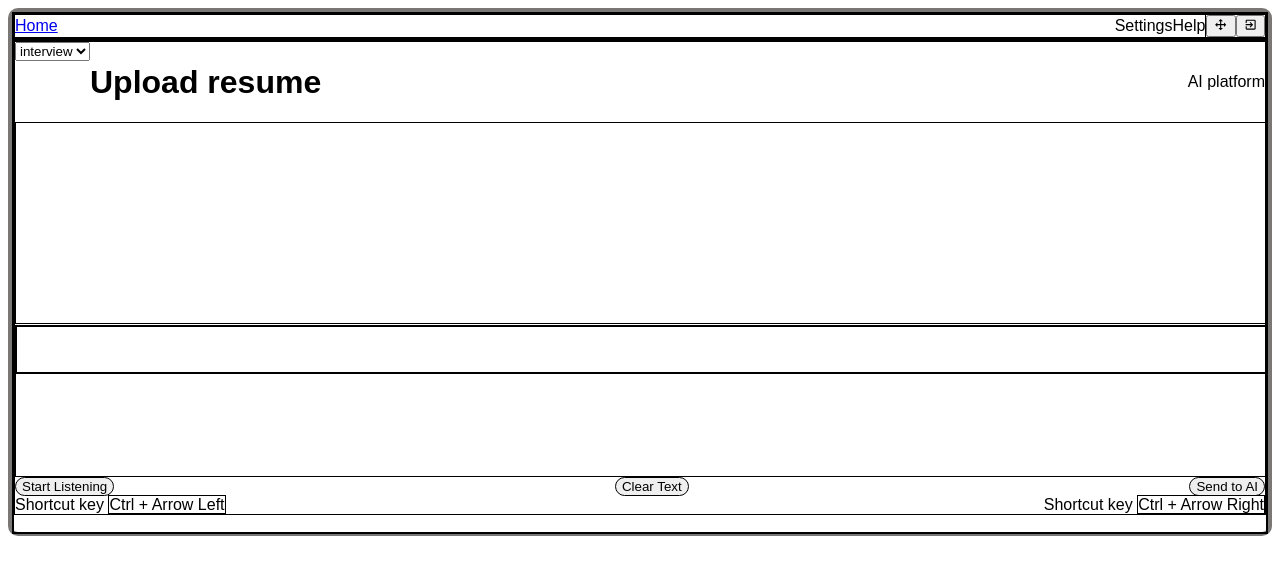
Repository: stevenreas09-coder/ai-assistance
Page: /speech
An editor plug-in stored every save of this project. The page is shown before and after the next save, followed by the edit.
The browser window is 1280 px wide. The pictures show the whole page.
The project was rebuilt for these pictures with package versions that can differ from the ones it lists, and the page was loaded fresh each time. The framework's server and built-in components were replaced by stand-ins that run in the browser. Also part of the build but not shown: next.config.ts.

Above is the page before, as saved 2025-12-18 20:03:51.

### app/layout.tsx
import type { Metadata } from "next";
import { Geist, Geist_Mono } from "next/font/google";
import "./globals.css";
import HeaderOverlay from "./component/HeaderOverlay";

const geistSans = Geist({
  variable: "--font-geist-sans",
  subsets: ["latin"],
});

const geistMono = Geist_Mono({
  variable: "--font-geist-mono",
  subsets: ["latin"],
});

export const metadata: Metadata = {
  title: "Create Next App",
  description: "Generated by create next app",
};

export default function RootLayout({
  children,
}: Readonly<{
  children: React.ReactNode;
}>) {
  return (
    <html lang="en">
      <body
        className={`${geistSans.variable} ${geistMono.variable} rounded-3xl antialiased h-[520px] overflow-hidden`}
      >
        {/* Main Wrapper: flex-col ensures header and content stack correctly */}
        <div className="rounded p-2 flex flex-col space-y-2 h-full border border-black/10">
          {/* DRAG AREA: This container holds your HeaderOverlay.
              Because HeaderOverlay has WebkitAppRegion: "drag",
              this entire top section acts as the window handle.
          */}
          <div className="shrink-0 h-8 bg-black/60 border-2 border-white/30 rounded-xl">
            <HeaderOverlay />
          </div>

          {/* CONTENT AREA: flex-1 takes up remaining space.
              overflow-auto allows the page content to scroll
              WITHOUT moving the HeaderOverlay.
          */}
          <main className="flex-1 bg-black/60 border border-white/30 box-border rounded-2xl">
            {children}
          </main>
        </div>
      </body>
    </html>
  );
}

### app/speech/page.tsx
"use client";
import { useState, useRef, useEffect } from "react";
const AUDIO_CONFIG = {
  SAMPLE_RATE: 16000,
  CHANNELS: 1,
};

export default function Example() {
  const [transcript, setTranscript] = useState("");
  const [transcriptFinal, setFinalTranscript] = useState("");
  const [listening, setListening] = useState(false);
  const [connecting, setConnecting] = useState(false);

  const wsRef = useRef<WebSocket | null>(null);
  const audioContextRef = useRef<AudioContext | null>(null);
  const mediaStreamRef = useRef<MediaStream | null>(null);
  const workletNodeRef = useRef<AudioWorkletNode | null>(null);

  const [output, setOutput] = useState("");
  const [loading, setLoading] = useState(false);
  const [model, setModel] = useState<string | null>("");

  const [selectedOption, setSelectedOption] = useState(
    "Answer this interview question directly in one or two paragraphs."
  );

  //------------------------------------------------------------------------------------------
  async function handleSend() {
    if (!transcriptFinal.trim()) return;

    setOutput("");
    setLoading(true);

    const finalMessage = `${selectedOption} ${transcriptFinal}?`;

    const res = await fetch("/api/chat", {
      method: "POST",
      headers: { "Content-Type": "application/json" },
      body: JSON.stringify({ message: finalMessage }),
    });
    const modelUsed = res.headers.get("X-Model-Used");
    setModel(modelUsed); // render in UI

    const reader = res.body!.getReader();
    const decoder = new TextDecoder();

    while (true) {
      const { value, done } = await reader.read();
      if (done) break;

      const chunk = decoder.decode(value);
      setOutput((prev) => prev + chunk);
    }

    setLoading(false);
  }
  // ----------------------------------------------------------------------------------
  const startStreaming = async (ws: WebSocket) => {
    try {
      // 🎧 Capture TAB audio ONLY
      const stream = await navigator.mediaDevices.getDisplayMedia({
        video: false,
        audio: true, // main.js handler provides loopback
      });

      mediaStreamRef.current = stream;

      const audioContext = new AudioContext({
        sampleRate: AUDIO_CONFIG.SAMPLE_RATE,
      });
      audioContextRef.current = audioContext;

      await audioContext.audioWorklet.addModule(
        "/audio-worklet/pcm-processor.js"
      );

      const source = audioContext.createMediaStreamSource(stream);
      const workletNode = new AudioWorkletNode(audioContext, "pcm-processor");
      workletNodeRef.current = workletNode;

      workletNode.port.onmessage = (e) => {
        if (ws.readyState === WebSocket.OPEN) {
          ws.send(e.data);
        }
      };

      source.connect(workletNode);

      // ❌ DO NOT connect to destination (no playback)
      // workletNode.connect(audioContext.destination);
    } catch (err) {
      console.error("Tab audio capture failed:", err);
      ws.close();
    }
  };
  //-----------------------------------------------------------------------------------
  const stopStreaming = () => {
    workletNodeRef.current?.disconnect();
    workletNodeRef.current = null;

    audioContextRef.current?.close();
    audioContextRef.current = null;

    mediaStreamRef.current?.getTracks().forEach((t) => t.stop());
    mediaStreamRef.current = null;
  };
  //----------------------------------------------------------------------------------
  const toggleListening = () => {
    if (wsRef.current?.readyState === WebSocket.OPEN) {
      setListening(false);
      wsRef.current.close();
      stopStreaming();
      return;
    }

    setConnecting(true);
    const ws = new WebSocket("ws://127.0.0.1:8765");
    ws.binaryType = "arraybuffer";
    wsRef.current = ws;

    ws.onopen = () => {
      ws.send(
        JSON.stringify({ config: { sample_rate: AUDIO_CONFIG.SAMPLE_RATE } })
      );
      setTranscript("");
      setFinalTranscript("");
      setListening(true);
      setConnecting(false);
      startStreaming(ws);
    };

    ws.onmessage = (event: MessageEvent) => {
      try {
        const data = JSON.parse(event.data);
        if (data.partial !== undefined) {
          // partial = single live line
          setTranscript(data.partial);
        }
        if (data.text) {
          // final = append to history
          setFinalTranscript((prev) =>
            prev ? prev + "\n" + data.text : data.text
          );

          // IMPORTANT: clear partial when final arrives
          setTranscript("");
        }
      } catch {}
    };

    ws.onerror = () => {
      setListening(false);
      setConnecting(false);
      ws.close();
    };

    ws.onclose = () => {
      stopStreaming();
      wsRef.current = null;
      setListening(false);
      setConnecting(false);
      setTranscript("");
    };
  };
  //----------------------------------------------------------------------------------------
  useEffect(() => {
    return () => {
      wsRef.current?.close();
      stopStreaming();
    };
  }, []);
  //-------------------------------------------------------------------------------------
  const clearMessage = () => {
    setFinalTranscript("");
    setTranscript("");
    console.log(`final text clear ${transcriptFinal}`);
  };

  // ⛔ UI BELOW IS 100% UNCHANGED
  return (
    <div className="flex flex-col px-4 py-1 bg-black/20 text-xs rounded-2xl border text-white ">
      {/* Top controls */}
      <div className=" flex flex-row justify-between items-center gap-2">
        <div className="flex gap-2">
          <div>
            <div className="flex gap-2">
              <select
                className=" bg-white/30 rounded-sm"
                value={selectedOption}
                onChange={(e) => setSelectedOption(e.target.value)}
              >
                <option value="Answer this interview question directly in two or three paragraphs.">
                  interview
                </option>
                <option value="this is junior web and software developer about.can you Answer this interview question directly in one paragraph.">
                  Coding
                </option>
                <option value="translate">others</option>
              </select>
            </div>
          </div>
          <h1 className="bg-white/20 rounded-sm px-2">Upload resume</h1>
        </div>
        <div className="px-2 bg-white/20">
          {model && model.length > 0
            ? `Platform provider: ${model}`
            : "AI platform"}
        </div>
      </div>

      {/* Main content */}
      <div className="flex flex-col gap-2 min-h-0">
        {/* AI response box */}
        <div className="w-full h-[200px] border border-black/30 overflow-y-auto whitespace-pre-wrap font-semibold bg-white/20 p-2">
          {output}
        </div>

        <div className="w-full h-px bg-black/50"></div>

        {/* Transcript box (scrollable) */}
        <div className="w-full border border-black/30 font-semibold bg-white/20 h-[150px]">
          <div className="h-[30%]  w-full divide-x-2 p-2 bg-white/50 border overflow-hidden">
            {transcript}
          </div>
          <div className="h-[70%] w-full p-1 overflow-y-auto bg-white/20 border-black/30 border-t ">
            {transcriptFinal}
          </div>
        </div>
      </div>

      {/* Buttons */}
      <div className="flex justify-between text-xs p-1 text-white font-semibold">
        <button
          onClick={toggleListening}
          className={`rounded-full border hover:bg-white/50 py-2 px-6 ${
            listening ? "bg-red-500" : "bg-amber-500/70"
          } ${connecting ? "opacity-60 cursor-not-allowed" : ""}`}
          disabled={connecting}
        >
          {connecting
            ? "Connecting..."
            : listening
            ? "Stop Listening"
            : "Start Listening"}
        </button>

        <button
          onClick={clearMessage}
          className="rounded-full hover:bg-red-400 border bg-yellow-700/70 py-2 px-6"
        >
          Clear Text
        </button>

        <button
          className="rounded-full hover:bg-white/50 border bg-violet-700/70 py-2 px-6"
          onClick={handleSend}
          disabled={loading}
        >
          {loading ? "Thinking..." : "Send to AI"}
        </button>
      </div>

      {/* Shortcut keys */}
      <div className="flex justify-between text-white w-full mt-1">
        <span className="bg-black/50 rounded-2xl px-3 text-xs">
          Shortcut key{" "}
          <span className="bg-black/50 border px-2 rounded-2xl">
            Ctrl + Arrow Left
          </span>
        </span>
        <span className="bg-black/50 rounded-2xl px-3 text-xs">
          Shortcut key{" "}
          <span className="bg-black/50 border px-2 rounded-2xl">
            Ctrl + Arrow Right
          </span>
        </span>
      </div>
    </div>
  );
}

### app/globals.css
@tailwind base;
@tailwind components;
@tailwind utilities;

body {
  color: var(--foreground);
  font-family: Arial, Helvetica, sans-serif;
  background: transparent; /* <- change this */
  border: 4px solid rgba(120, 117, 117, 0.979); /* white semi-transparent border */
  border-radius: 10px; /* optional rounded corners */
  overflow: hidden;
}
/* ===== CUSTOM SCROLLBAR ===== */
::-webkit-scrollbar {
  width: 8px;
  height: 8px;
}

::-webkit-scrollbar-track {
  background: #1e1e1e; /* dark background */
}

::-webkit-scrollbar-thumb {
  background: #4b5563; /* gray-600 */
  border-radius: 8px;
}

::-webkit-scrollbar-thumb:hover {
  background: #6b7280; /* gray-500 */
}

/* Firefox support */
* {
  scrollbar-width: thin;
  scrollbar-color: #4b5563 #1e1e1e;
}

@layer utilities {
  .drag {
    -webkit-app-region: drag;
  }
  .no-drag {
    -webkit-app-region: no-drag;
  }
}

### app/component/HeaderOverlay.tsx
"use client";
import { useState } from "react";
import { IoMdExit } from "react-icons/io";
import { RiDragMove2Fill } from "react-icons/ri";
import { ImBlocked } from "react-icons/im";
import Link from "next/link";

export default function HeaderOverlay() {
  const [draggable, setDraggable] = useState(true);

  const handleClose = () => {
    window.electronAPI?.closeWindow();
  };

  const toggleDraggable = () => {
    setDraggable(!draggable);
  };

  return (
    <div
      // select-none prevents text highlighting while dragging
      className="w-full h-8 flex items-center text-white font-normal justify-between px-3 select-none border-b border-black/5"
      style={{ WebkitAppRegion: draggable ? "drag" : "no-drag" } as any}
    >
      {/* LEFT: Navigation Link */}
      <div style={{ WebkitAppRegion: "no-drag" } as any}>
        <Link href="/" className="hover:text-amber-600 transition-colors py-1">
          Home
        </Link>
      </div>

      {/* RIGHT: Controls */}
      <div
        className="flex items-center space-x-4"
        style={{ WebkitAppRegion: "no-drag" } as any}
      >
        <div className="hover:text-amber-600 cursor-pointer">Settings</div>
        <div className="hover:text-amber-600 cursor-pointer">Help</div>

        <div className="flex items-center gap-3 border-l border-black/10 pl-3">
          <button
            title={draggable ? "Disable Drag" : "Enable Drag"}
            className="hover:text-amber-500 transition-all active:scale-90"
            onClick={toggleDraggable}
          >
            {draggable ? (
              <RiDragMove2Fill className="w-4 h-4" />
            ) : (
              <ImBlocked className="w-4 h-4 text-red-400" />
            )}
          </button>

          <button
            title="Exit"
            onClick={handleClose}
            className="hover:text-red-500 transition-all active:scale-90"
          >
            <IoMdExit className="w-5 h-5" />
          </button>
        </div>
      </div>
    </div>
  );
}

After the next save:
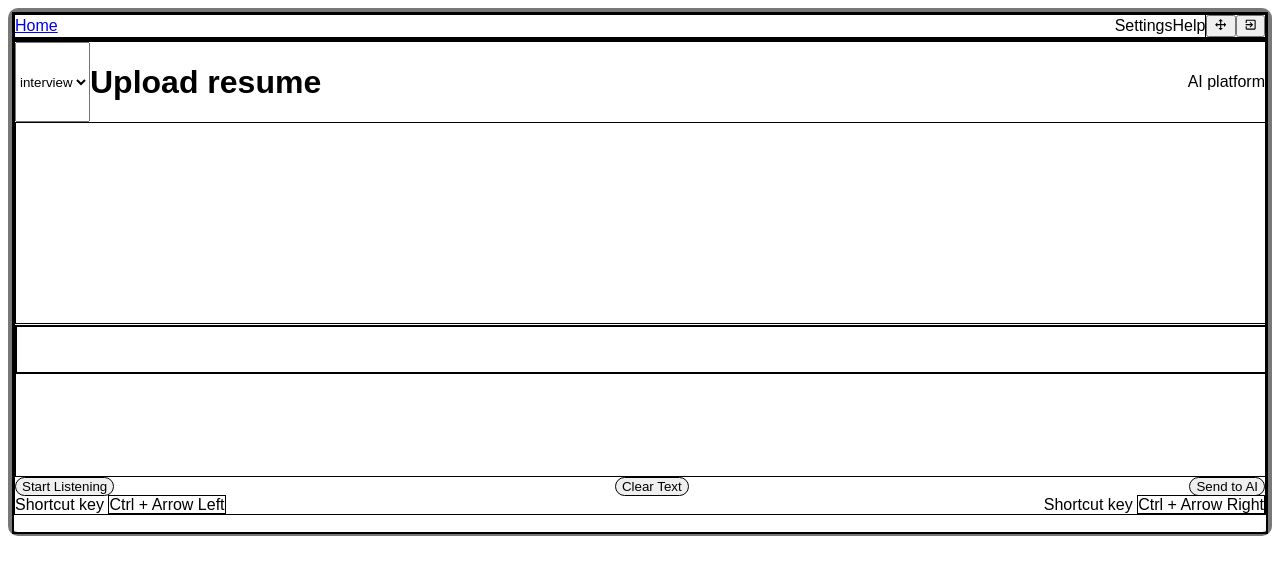
Saved 107 s later.
--- a/app/speech/page.tsx
+++ b/app/speech/page.tsx
@@ -182,23 +182,19 @@ export default function Example() {
       {/* Top controls */}
       <div className=" flex flex-row justify-between items-center gap-2">
         <div className="flex gap-2">
-          <div>
-            <div className="flex gap-2">
-              <select
-                className=" bg-white/30 rounded-sm"
-                value={selectedOption}
-                onChange={(e) => setSelectedOption(e.target.value)}
-              >
-                <option value="Answer this interview question directly in two or three paragraphs.">
-                  interview
-                </option>
-                <option value="this is junior web and software developer about.can you Answer this interview question directly in one paragraph.">
-                  Coding
-                </option>
-                <option value="translate">others</option>
-              </select>
-            </div>
-          </div>
+          <select
+            className=" bg-white/30 rounded-sm"
+            value={selectedOption}
+            onChange={(e) => setSelectedOption(e.target.value)}
+          >
+            <option value="Answer this interview question directly in two or three paragraphs.">
+              interview
+            </option>
+            <option value="this is junior web and software developer about.can you Answer this interview question directly in one paragraph.">
+              Coding
+            </option>
+            <option value="translate">others</option>
+          </select>
           <h1 className="bg-white/20 rounded-sm px-2">Upload resume</h1>
         </div>
         <div className="px-2 bg-white/20">
